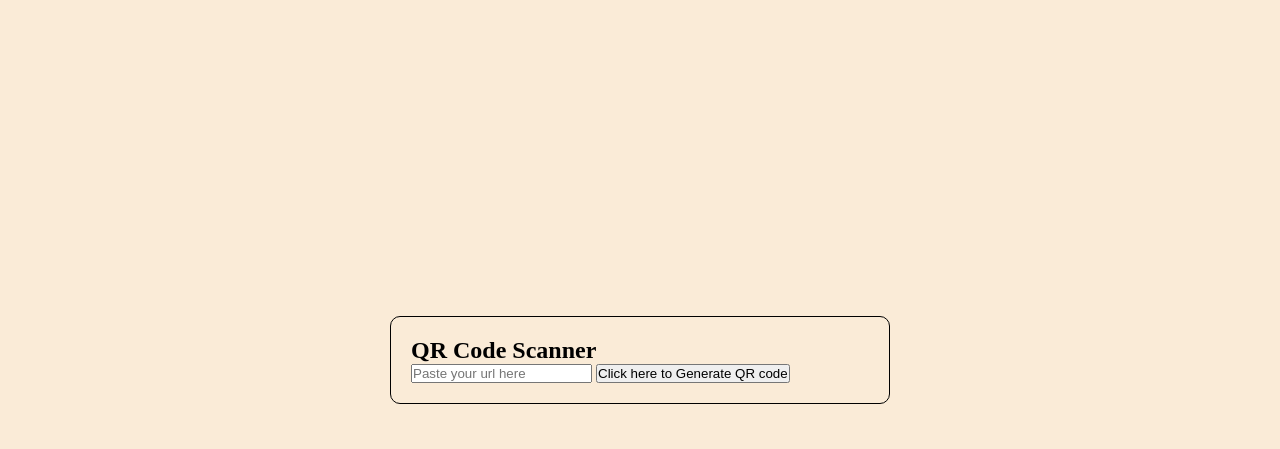
Repository: JunaidAnsari202/QR-Scanner
Page: index.html
An editor plug-in stored every save of this project. The page is shown before and after the next save, followed by the edit.
The browser window is 1280 px wide. The pictures show the whole page.

Above is the page before, as saved 2024-10-12 12:17:28.

After the next save:
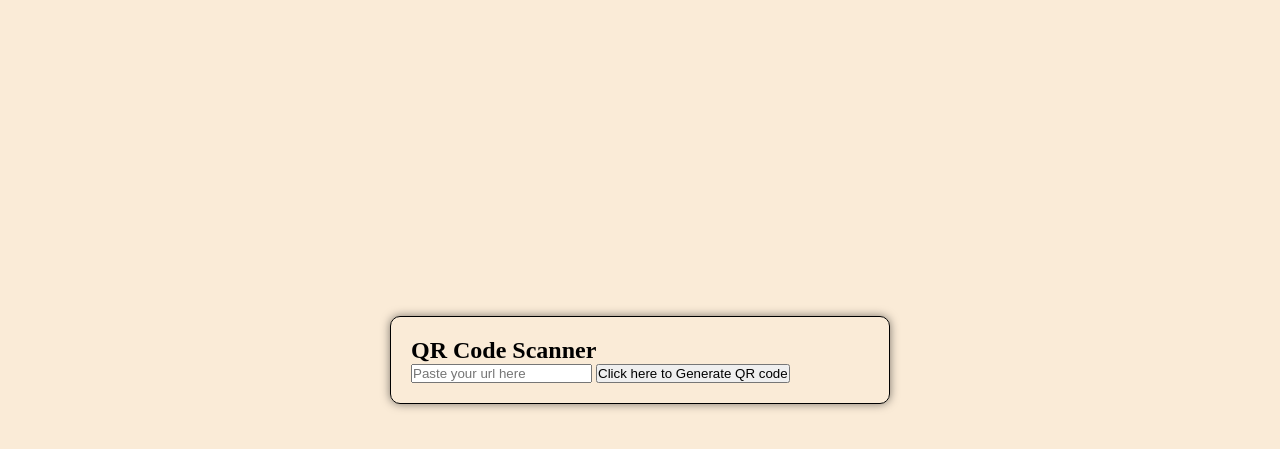
Saved 7 s later.
--- a/style.css
+++ b/style.css
@@ -17,5 +17,5 @@ body{
     border-radius: 10px;
     padding: 20px;
     width: 500px;
-    box-shadow: 0 0 10px 0 rgba(0,0,0,0.5 green, blue, alpha);
+    box-shadow: 0 0 10px 0 rgba(0,0,0,0.5 );
 }
